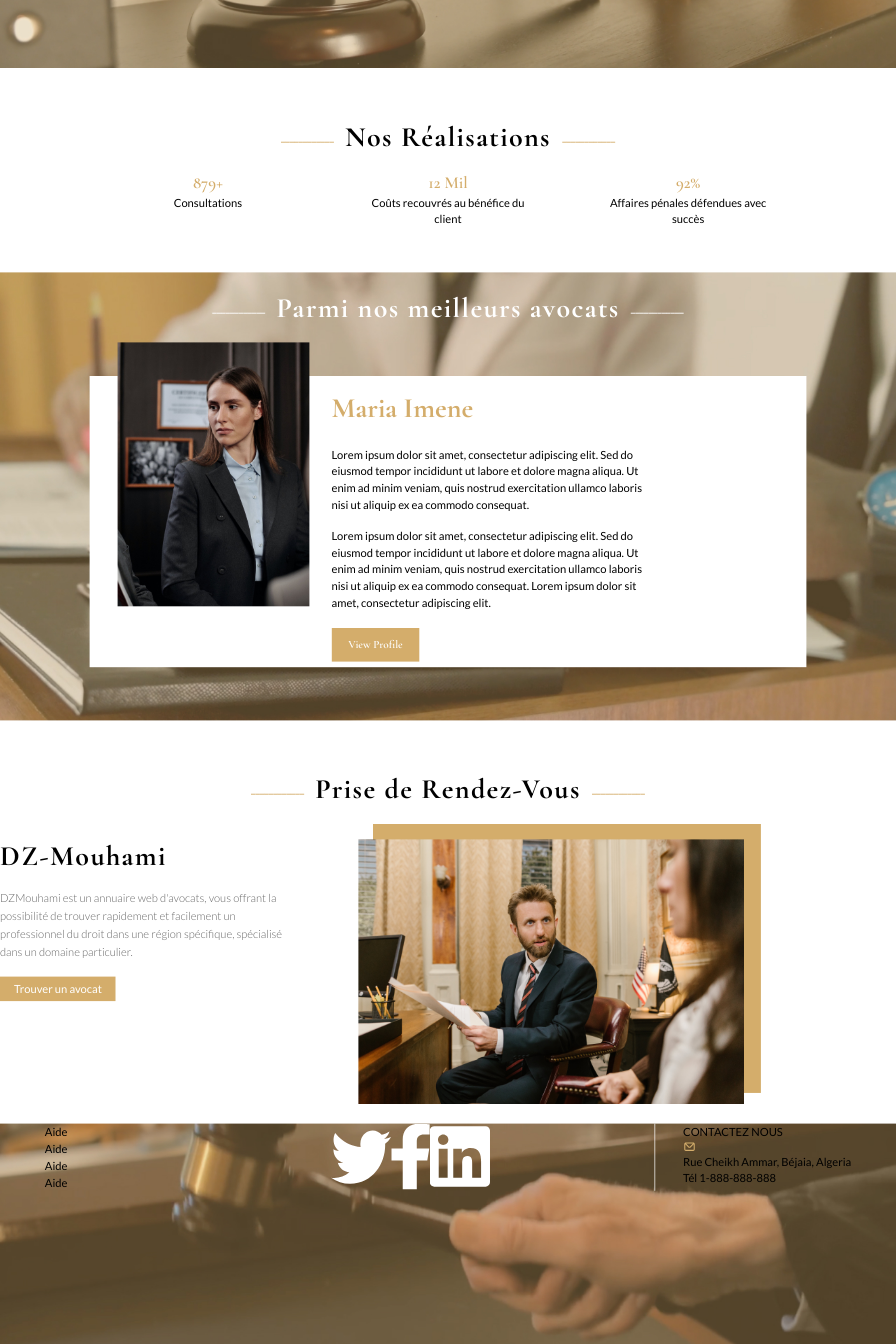
Repository: Chekrouba-Tinhinane/Mohami_dz
Page: / (app in client/)
The author's editor kept a copy of each file at every save. The page is drawn from the files as they stood at one save, then again after the next save.
The browser window is 1280 px wide. The pictures show the part of the page from y = 2003 to 3923 px (the page is 4026 px tall before and 4030 px after), at 70% of full size.
The project was rebuilt for these pictures with package versions that can differ from the ones it lists, and the page was loaded fresh each time. Also part of the build but not shown: client/vite.config.js, client/src/SignIn.jsx, client/src/components/Selector.jsx, client/src/components/SearchContainer.jsx, client/src/Search.jsx, client/src/components/super/HomeLayout.jsx, client/src/components/Profile.jsx.

Above is the page before, as saved 2024-01-25 12:20:54.

### client/index.html
<!doctype html>
<html lang="en">
  <head>
    <meta charset="UTF-8" />
    <link rel="icon" type="image/svg+xml" href="/vite.svg" />
    <meta name="viewport" content="width=device-width, initial-scale=1.0" />
    <title>Mouhami DZ</title>
  </head>
  <body>
    <div id="root"></div>
    <script type="module" src="/src/App.jsx"></script>
  </body>
</html>

### client/src/App.jsx
import React from "react";
import { createRoot } from "react-dom/client";
import { BrowserRouter, Routes, Route } from "react-router-dom";
import "./index.css";
import LandingPage from "./LandingPage";
import SignIn from "./SignIn";
import Search from "./Search";
import HomeLayout from "./components/super/HomeLayout";
import Profile from "./components/Profile";

const App = () => {
  return (
    <BrowserRouter>
      <Routes>
        <Route path={"/"} element={<LandingPage />} />

        <Route path={"/Signin"} element={<SignIn />} />
        <Route
          path={"/Search"}
          element={<HomeLayout pageComponent={<Search />} />}
        />
        {/* <Route path={"/Signin"} element={<SignIn />} />
        <Route
          path={"/Schedule"}
          element={<HomeLayout pageComponent={<Schedule />} />}
        />

        <Route
          path={"/Settings"}
          element={<HomeLayout pageComponent={<Staff />} />}
        />
        <Route
          path={"/profile/:id"}
          element={<HomeLayout pageComponent={<Profile />} />}
        /> */}
        <Route
          path={"/profile"}
          element={<HomeLayout pageComponent={<Profile />} />}
        />
      </Routes>
    </BrowserRouter>
  );
};

export default App;

const root = createRoot(document.getElementById("root"));
root.render(<App />);

### client/src/index.css
@import url("https://fonts.googleapis.com/css2?family=Cormorant+Garamond:wght@300;400;500;600;700&family=Lato:wght@100;300;400;700;900&display=swap");

@tailwind base;
@tailwind components;
@tailwind utilities;

@layer base {
  a {
    @apply cursor-pointer;
  }
  h1 {
    @apply text-[50px] font-bold;
  }
  h2 {
    @apply text-[2.5rem] font-bold;
  }
  p {
  }
  h3 {
  }
  h4 {
    @apply text-[1rem] font-semibold;
  }
  textarea {
  }
  input {
  }
  select {
  }
}

* {
  /*font-family: 'Cormorant Garamond', serif; */
  font-family: "Lato", sans-serif;
  box-sizing: border-box;
  padding: 0;
  margin: 0;
}

.recursive {
  font-family: "Cormorant Garamond", serif;
}

.nav-item::after {
  content: "";
  display: block;
  width: 0;
  height: 2px;
  margin-top: 5px;
  background-color: rgb(212, 173, 107);
  transition: width 0.4s;
}

.nav-item:hover::after {
  width: 100%;
}

### client/src/LandingPage.jsx
import React, { useEffect } from "react";

import header from "./assets/landing/header.jpg";
import hero from "./assets/landing/hero.png";
import section1 from "./assets/landing/section1.jpg";
import section2 from "./assets/landing/section2.jpg";
import footer from "./assets/landing/footer.jpg";
import maria from "./assets/landing/maria.jpg";
import scene from "./assets/landing/scene.png";

import msg from "./assets/icons/contact/msg.svg";

import twitter from "./assets/icons/footer/twitter.svg";
import fb from "./assets/icons/footer/fb.svg";
import linkedin from "./assets/icons/footer/linkedin.svg";

import NavBar from "./components/super/NavBar";

import AOS from "aos";
import "aos/dist/aos.css";

AOS.init();

const LandingPage = () => {
  useEffect(() => {
    AOS.refresh();
  }, []);

  return (
    <div className="overflow-hidden flex flex-col relative mx-auto items-center bg-white z-10">
      <header className=" p-3 recursive border-b border-b-primary w-[90%] text-center font-semibold text-xl">
        {" "}
        DZ Mouhami{" "}
      </header>
      <NavBar />
      <Header />
      <About />
      <Feedback />

      <Achievements />
      <Hero />
      <Appoint />
      <Footer />
    </div>
  );
};

export default LandingPage;

function Header() {
  return (
    <section
      id="header"
      className=" relative flex w-screen justify-center my-3"
    >
      <img src={header} className="w-full h-[600px] object-cover" alt="" />
      <h2 className=" recursive absolute bottom-[7%] left-[10%] text-white w-[60%]">
        "Legal Solutions, Trusted Advocacy: Your Path to Justice Begins with
        Us."
      </h2>
    </section>
  );
}

function About() {
  return (
    <section
      id="about"
      data-aos="fade-right"
      data-aos-duration="1000"
      className="mx-3 my-10 flex gap-[6rem] justify-center items-center"
    >
      {/* fifth section */}
      <div className=" flex flex-col w-[40%] ">
        <h2 className=" recursive w-[40%] place-self-end">
          A propos de DZ Mouhami
        </h2>
        <img src={hero} className="" alt="" />
      </div>

      <div className=" basis-[40%] mb-16 ">
        {" "}
        {/*  */}
        <h2 className=" recursive tracking-wider w-[50%] my-4">DZ-Mouhami</h2>
        <p className=" w-[80%] opacity-60 font-light leading-relaxed mb-7">
          DZMouhami est un annuaire web d'avocats, vous offrant la possibilité
          de trouver rapidement et facilement un professionnel du droit dans une
          région spécifique, spécialisé dans un domaine particulier.
        </p>
        <a
          href=""
          className=" py-2 px-5 text-white bg-primary hover:bg-opacity-65"
        >
          Trouver un avocat
        </a>
      </div>
    </section>
  );
}

function Feedback() {
  const userComments = [
    {
      username: "User123",
      comment:
        "Effortlessly found the right lawyer for my needs – the detailed profiles and client reviews streamlined the decision-making process.",
    },
    {
      username: "LegalEagle",
      comment:
        "Incredibly user-friendly directory; comprehensive lawyer profiles and responsive design made my search for legal representation hassle-free.",
    },
    {
      username: "LawSeeker",
      comment:
        "Highly impressed with the intuitive interface and wealth of information – this directory simplified the task of finding a skilled attorney.",
    },
  ];

  // You can now use the userComments array as needed in your code.

  return (
    <section
      id="feedback"
      className=" relative flex w-screen justify-center my-4"
    >
      <img
        src={section1}
        className="w-full h-[640px] bg-center object-cover"
        alt=""
      />
      <div className="absolute top-0 text-white">
        <div className=" flex flex-col items-center">
          <div className="flex items-center my-5 gap-4">
            <span className=" font-semibold select-none">____________</span>
            <h2 className=" recursive  tracking-wider ">
              Nos Témoignages
            </h2>{" "}
            <span className=" font-semibold select-none">____________</span>
          </div>

          <h2 className=" mt-16 mb-8 recursive w-[85%] text-center">
            CE QUE NOS CLIENTS PENSENT DE NOUS
          </h2>
          <div className=" flex gap-10 w-[75%] ">
            {userComments.map((el, i) => {
              return (
                <div className=" flex flex-col justify-between bg-white p-6 rounded-md text-black text-sm h-56 ">
                  {el.comment}
                  <div className=" flex gap-5 items-center">
                    {" "}
                    <div class="w-14 h-14 bg-gray-500 rounded-full"></div>
                    {el.username}
                  </div>
                </div>
              );
            })}
          </div>
        </div>
      </div>
    </section>
  );
}

function Achievements() {
  return (
    <div className=" flex flex-col w-[80%] items-center mx-auto my-8 ">
      <div className="flex items-center my-5 gap-4">
        <span className=" font-semibold select-none text-primary">
          ____________
        </span>
        <h2 className=" recursive tracking-wider">Nos Réalisations</h2>{" "}
        <span className=" font-semibold select-none text-primary">
          ____________
        </span>
      </div>

      <div className="flex w-full justify-between ">
        <div className="flex flex-col items-center basis-[33%]">
          {" "}
          <h4 className=" recursive text-primary text-2xl">879+</h4>{" "}
          <span className=" w-[70%] text-center">Consultations</span>
        </div>
        <div className="flex flex-col items-center basis-[33%]">
          {" "}
          <h4 className=" recursive text-primary text-2xl">12 Mil</h4>{" "}
          <span className=" w-[70%] text-center">
            Coûts recouvrés au bénéfice du client
          </span>
        </div>
        <div className="flex flex-col items-center basis-[33%]">
          {" "}
          <h4 className=" recursive text-primary text-2xl">92%</h4>{" "}
          <span className=" w-[70%] text-center">
            Affaires pénales défendues avec succès
          </span>
        </div>
      </div>
    </div>
  );
}

function Hero() {
  return (
    <section id="hero" className=" relative flex w-screen justify-center my-8">
      <img
        src={section2}
        className="w-full h-[640px] bg-center object-cover"
        alt=""
      />
      <div className="absolute top-0 text-white">
        <div className=" flex flex-col items-center gap-[3rem]">
          <div className="flex items-center my-5 gap-4">
            <span className=" font-semibold select-none">____________</span>
            <h2 className=" recursive  tracking-wider ">
              Parmi nos meilleurs avocats
            </h2>{" "}
            <span className=" font-semibold select-none">____________</span>
          </div>

          <div className=" flex gap-8 w-[80%] bg-white text-black h-[26rem] px-10 ">
            <div className="relative basis-[30%]">
              {" "}
              <img
                src={maria}
                alt=""
                className=" absolute -top-12  object-contain"
              />
            </div>
            <div className=" flex flex-col basis-[70%] my-4 gap-6 ">
              {" "}
              <h2 className=" recursive text-primary">Maria Imene</h2>{" "}
              <p className=" w-[70%] flex flex-col gap-5 ">
                <span>
                  Lorem ipsum dolor sit amet, consectetur adipiscing elit. Sed
                  do eiusmod tempor incididunt ut labore et dolore magna aliqua.
                  Ut enim ad minim veniam, quis nostrud exercitation ullamco
                  laboris nisi ut aliquip ex ea commodo consequat.{" "}
                </span>

                <span>
                  Lorem ipsum dolor sit amet, consectetur adipiscing elit. Sed
                  do eiusmod tempor incididunt ut labore et dolore magna aliqua.
                  Ut enim ad minim veniam, quis nostrud exercitation ullamco
                  laboris nisi ut aliquip ex ea commodo consequat. Lorem ipsum
                  dolor sit amet, consectetur adipiscing elit.
                </span>
              </p>
              <a
                href=""
                className="flex w-max recursive text-white bg-primary px-6 py-3 font-semibold hover:bg-opacity-75"
              >
                View Profile
              </a>
            </div>
          </div>
        </div>
      </div>
    </section>
  );
}

function Footer() {
  return (
    <footer id="footer" className=" relative flex w-full justify-center mt-3 ">
      <img src={footer} alt="" className="w-full object-cover" />
      {/* sixth section */}
      <div className="absolute w-full ">
        <div className=" flex justify-between px-16 ">
          <div className=" flex flex-col">
            <p>Aide</p>
            <p>Aide</p>
            <p>Aide</p>
            <p>Aide</p>
          </div>

          <div className=" flex ">
            <img src={twitter} alt="" />
            <img src={fb} alt="" />
            <img src={linkedin} alt="" />
          </div>

          <div className=" border-l border-l-white pl-10 flex flex-col ">
            <p>
              CONTACTEZ NOUS{" "}
              <span>
                {" "}
                <img src={msg} alt="" />
              </span>{" "}
            </p>
            <p>Rue Cheikh Ammar, Béjaia, Algeria</p>
            <p>Tél 1-888-888-888</p>
          </div>
        </div>
      </div>
    </footer>
  );
}

function Appoint() {
  return (
    <section id="appoint" className=" flex flex-col w-screen justify-center my-4">
      <div className=" flex flex-col items-center">
        <div className="flex items-center my-5 gap-4">
          <span className=" font-semibold select-none text-primary">
            ____________
          </span>
          <h2 className=" recursive  tracking-wider ">Prise de Rendez-Vous</h2>{" "}
          <span className=" font-semibold select-none text-primary">
            ____________
          </span>
        </div>
      </div>

      <div className=" flex w-full ">
        <div className=" basis-[40%] mb-16 ">
          {" "}
          {/*  */}
          <h2 className=" recursive tracking-wider w-[50%] my-4">DZ-Mouhami</h2>
          <p className=" w-[80%] opacity-60 font-light leading-relaxed mb-7">
            DZMouhami est un annuaire web d'avocats, vous offrant la possibilité
            de trouver rapidement et facilement un professionnel du droit dans
            une région spécifique, spécialisé dans un domaine particulier.
          </p>
          <a
            href=""
            className=" py-2 px-5 text-white bg-primary hover:bg-opacity-65"
          >
            Trouver un avocat
          </a>
        </div>

        <img src={scene} className="" alt="" />
      </div>
    </section>
  );
}

### client/src/components/super/NavBar.jsx
import { motion } from "framer-motion";
import { Link } from "react-router-dom";
import { Link as ScrollLink } from "react-scroll";

const NavBar = () => {
  return (
    <div
      whileHover={{ scale: 1, originX: 0, color: "#D4AD6B" }}
      transition={{ type: "tween", duration: 0.2 }}
      className=" flex items-center px-20 pt-6 mb-3 w-full justify-between "
    >
      <motion.ul className="flex gap-[2rem] text-sm">
        <motion.li
          whileHover={{ scale: 1, originX: 0, color: "#D4AD6B" }}
          transition={{ type: "tween", duration: 0.2 }}
          className=" font-semibold opacity-80 tracking-wider cursor-pointer"
        >
          <ScrollLink
            to={"about"}
            spy={true}
            smooth={true}
            offset={-50}
            duration={500}
            className="nav-item"
          >
            Accueil
          </ScrollLink>
        </motion.li>
        <motion.li
          whileHover={{ scale: 1, originX: 0, color: "#D4AD6B" }}
          transition={{ type: "tween", duration: 0.2 }}
          className=" font-semibold opacity-80 tracking-wider cursor-pointer"
        >
          <ScrollLink
            to="hero"
            spy={true}
            smooth={true}
            offset={0}
            duration={500}
            className="nav-item"
          >
            Trouver un avocat
          </ScrollLink>
        </motion.li>
        <motion.li
          whileHover={{ scale: 1, originX: 0, color: "#D4AD6B" }}
          transition={{ type: "tween", duration: 0.2 }}
          className=" font-semibold opacity-80 tracking-wider cursor-pointer"
        >
          <ScrollLink
            to="appoint"
            spy={true}
            smooth={true}
            offset={50}
            duration={500}
            className="nav-item"
          >
            Prendre un rendez-vous
          </ScrollLink>
        </motion.li>
        <motion.li
          whileHover={{ scale: 1, originX: 0, color: "#D4AD6B" }}
          transition={{ type: "tween", duration: 0.2 }}
          className=" font-semibold opacity-80 tracking-wider cursor-pointer"
        >
          <ScrollLink
            to="footer"
            spy={true}
            smooth={true}
            offset={-100}
            duration={500}
            className="nav-item"
          >
            Contactez nous
          </ScrollLink>
        </motion.li>
      </motion.ul>
      <div className="flex gap-[1rem]">
        <Link
          to={"/SignIn"}
          href=""
          className=" recursive flex items-center font-semibold text-primary border border-primary bg-white text-center text-lg py-1.5 px-3.5 hover:bg-opacity-70 "
        >
          Se connecter
        </Link>
      </div>
    </div>
  );
};

export default NavBar;

### client/tailwind.config.js
/** @type {import('tailwindcss').Config} */
module.exports = {
  content: ["./src/**/*.{js,jsx,ts,tsx}"],
  theme: {
    extend: {
      colors: {
        lightBrown: "#FAF5EE",
        primary: "#D4AD6B"
      },
    },
  },
  plugins: [],
};

After the next save:
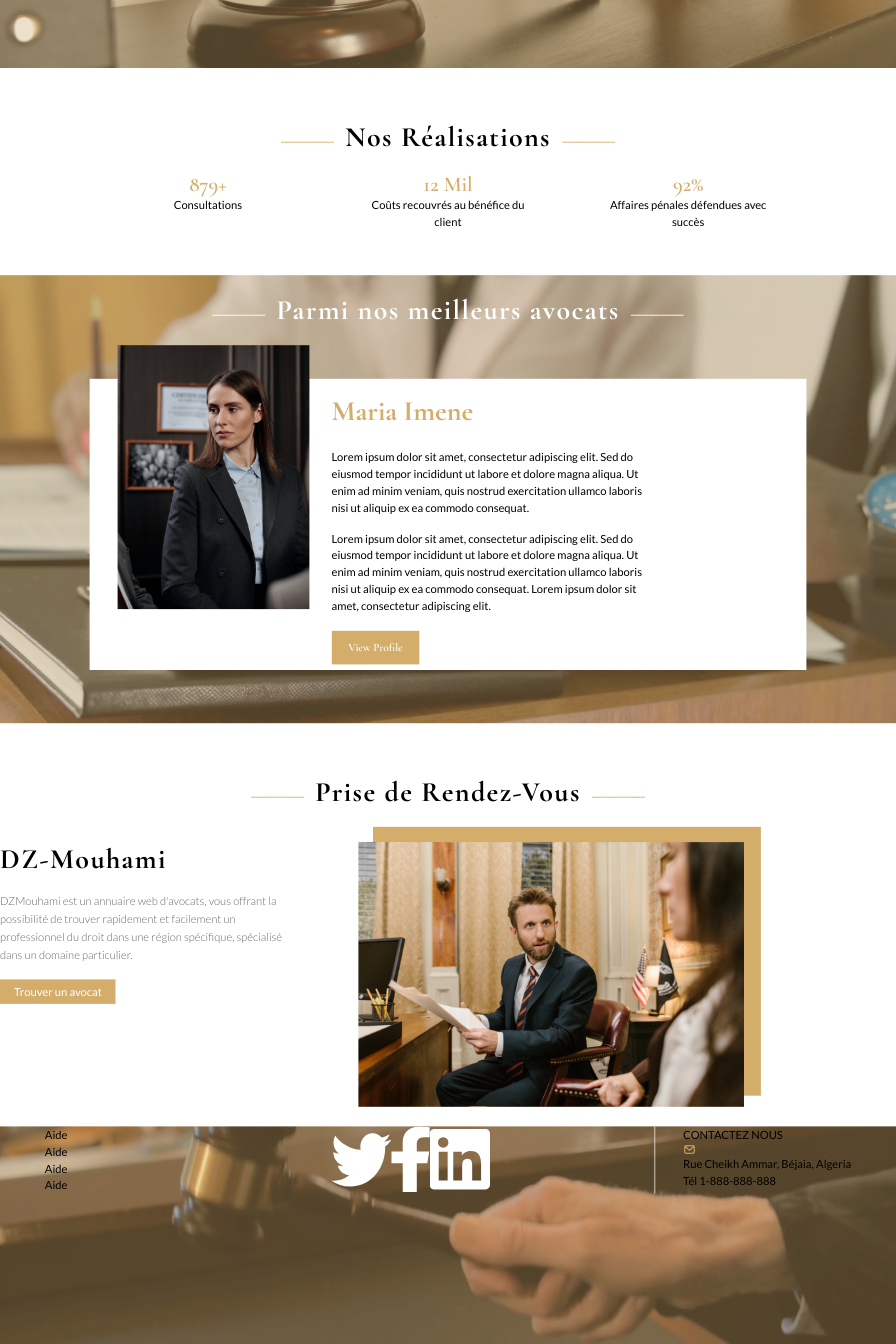
Saved 9 s later.
--- a/client/src/LandingPage.jsx
+++ b/client/src/LandingPage.jsx
@@ -178,19 +178,19 @@ function Achievements() {
       <div className="flex w-full justify-between ">
         <div className="flex flex-col items-center basis-[33%]">
           {" "}
-          <h4 className=" recursive text-primary text-2xl">879+</h4>{" "}
+          <h4 className=" recursive text-primary text-3xl font-semibold">879+</h4>{" "}
           <span className=" w-[70%] text-center">Consultations</span>
         </div>
         <div className="flex flex-col items-center basis-[33%]">
           {" "}
-          <h4 className=" recursive text-primary text-2xl">12 Mil</h4>{" "}
+          <h4 className=" recursive text-primary text-3xl font-semibold">12 Mil</h4>{" "}
           <span className=" w-[70%] text-center">
             Coûts recouvrés au bénéfice du client
           </span>
         </div>
         <div className="flex flex-col items-center basis-[33%]">
           {" "}
-          <h4 className=" recursive text-primary text-2xl">92%</h4>{" "}
+          <h4 className=" recursive text-primary text-3xl font-semibold">92%</h4>{" "}
           <span className=" w-[70%] text-center">
             Affaires pénales défendues avec succès
           </span>
